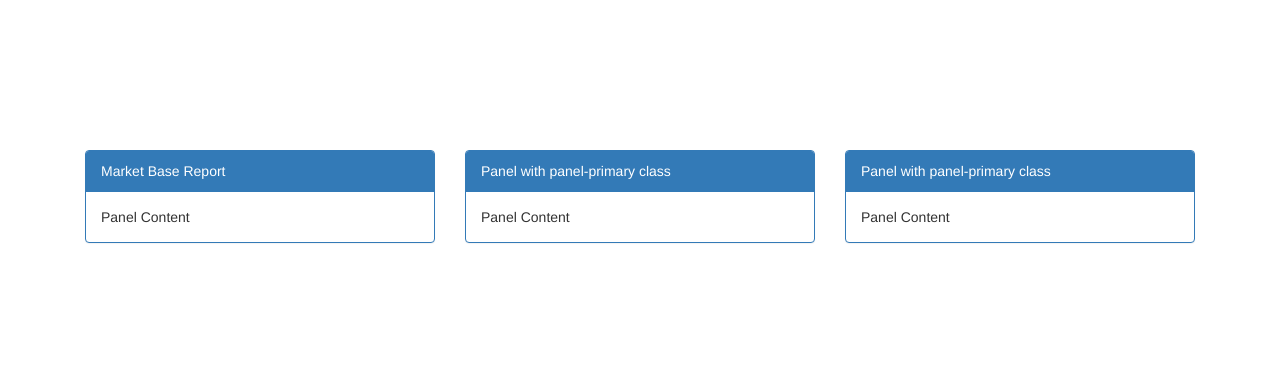
Repository: vivek9520/ITPfinal
Page: http://localhost/ITP/ReportMain.jsp
These files come from the project's save history. The page is drawn as it stood at one moment and after the next save; the edit follows.
The browser window is 1280 px wide. The pictures show the whole page.
The page is served by Tomcat 9.

Above is the page before, as saved 2019-10-05 11:18:48.

After the next save:
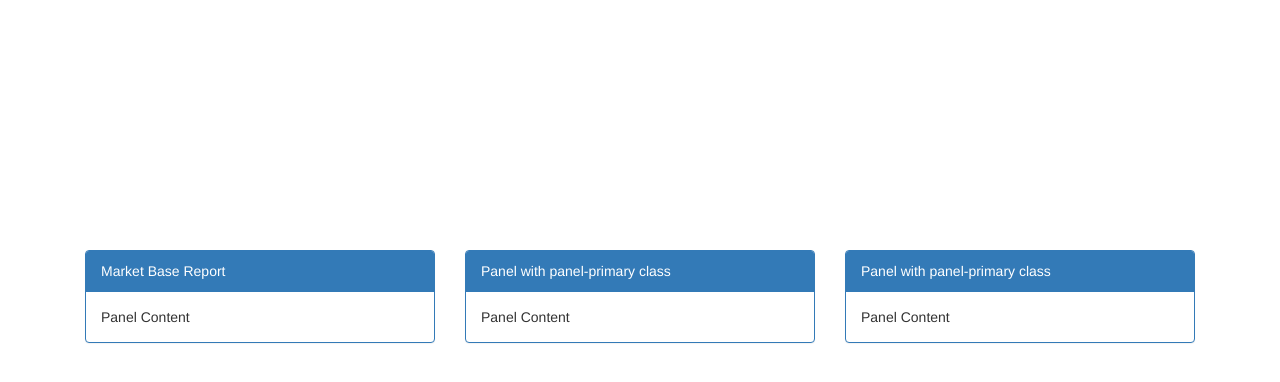
Saved 9 s later.
--- a/ITP 2/ITP/WebContent/ReportMain.jsp
+++ b/ITP 2/ITP/WebContent/ReportMain.jsp
@@ -12,7 +12,7 @@
   <script src="https://maxcdn.bootstrapcdn.com/bootstrap/3.4.0/js/bootstrap.min.js"></script>
 <style type="text/css">
 .container{
-padding-top: 150px;
+padding-top: 250px;
 
 }
 
